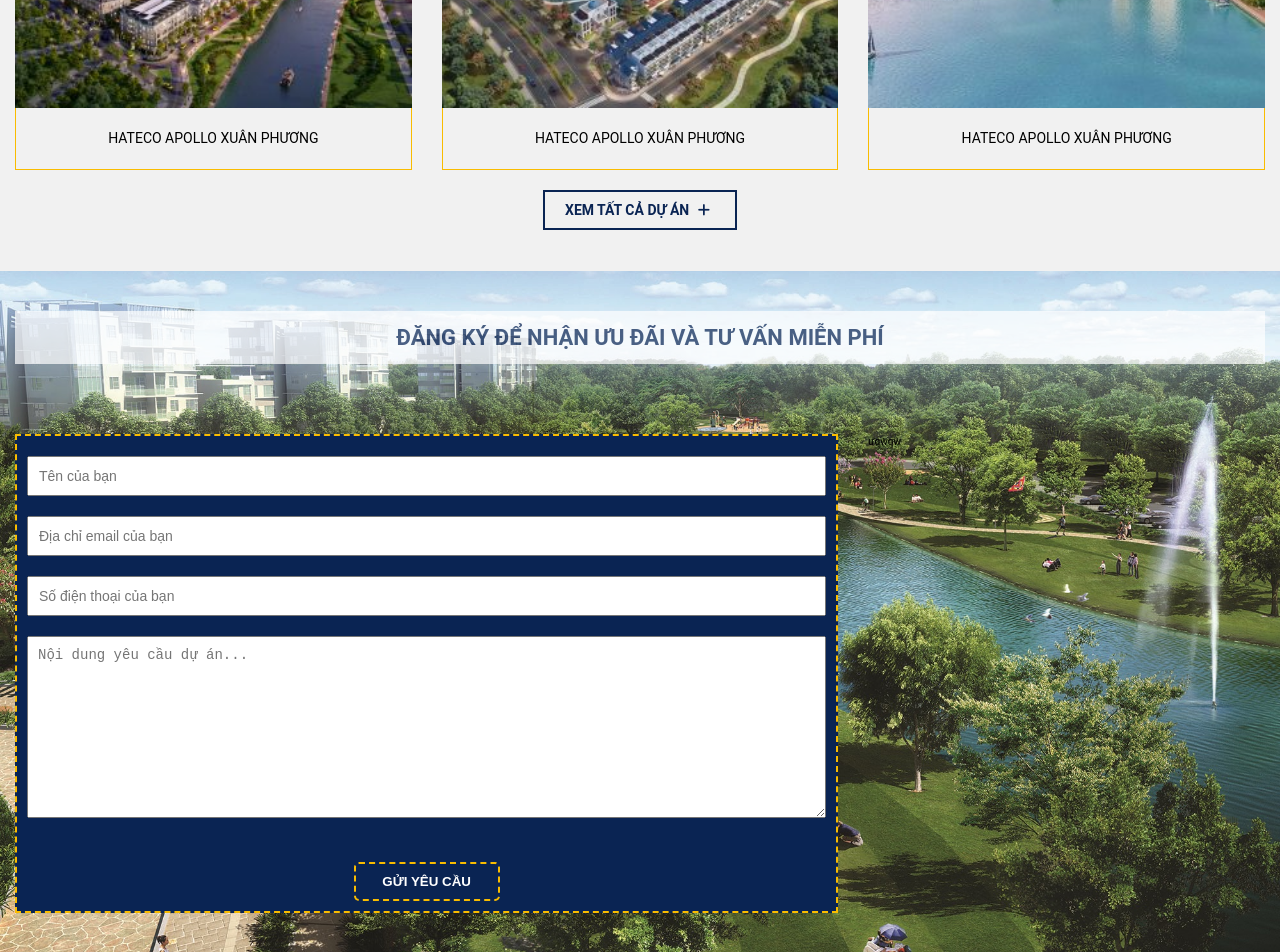
Repository: phamphuc2/fontend-bds
Page: index.html
An editor plug-in stored every save of this project. The page is shown before and after the next save, followed by the edit.
The browser window is 1280 px wide. The pictures show the part of the page from y = 1975 to 2927 px (the page is 3587 px tall).
A picture or video elsewhere on the page could not be fetched, so the positions and the page height are approximate. Backgrounds fixed to the window are drawn as part of the page. Some web libraries are served in a nearby version.

Above is the page before, as saved 2022-06-08 17:06:11.

### index.html
<!DOCTYPE html>
<html lang="en">

<head>
    <meta charset="UTF-8">
    <meta http-equiv="X-UA-Compatible" content="IE=edge">
    <meta name="viewport" content="width=device-width, initial-scale=1.0">
    <title>BDS</title>
    <!-- linl css -->
    <link rel="stylesheet" href="libs/slick/slick.css">
    <link rel="stylesheet" href="libs/slick/slick-theme.css">
    <link rel="stylesheet" href="./assets/css/bootstrap.css">
    <link rel="stylesheet" href="./assets/css/theme.css">
    <link rel="stylesheet " href="./style.css ">
    <!-- link thư viện -->
    <link rel="stylesheet " href="https://cdnjs.cloudflare.com/ajax/libs/font-awesome/6.1.1/css/all.min.css ">
    <!-- link font -->
    <link rel="preconnect" href="https://fonts.googleapis.com">
    <link rel="preconnect" href="https://fonts.gstatic.com" crossorigin>
    <link
        href="https://fonts.googleapis.com/css2?family=Roboto+Flex:opsz,wght@8..144,200;8..144,300;8..144,400;8..144,500;8..144,600;8..144,700;8..144,800;8..144,900&display=swap"
        rel="stylesheet">
</head>

<body>
    <!-- Header -->
    <header class="header">
        <div class="header-top">
            <div class="container">
                <div class="inner">
                    <div class="box-left">
                        <div class="map">
                            <i class="fa-solid fa-location-dot"></i>
                            <span>Phước sơn, Quảng Nam</span>
                        </div>
                        <div class="phone">
                            <i class="fa-solid fa-phone"></i>
                            <span>0397111570</span>
                        </div>
                    </div>
                    <div class="box-right">
                        <ul class="list-info">
                            <li class="item">
                                <a href="">
                                    <i class="fa-brands fa-facebook-f"></i>
                                </a>
                            </li>
                            <li class="item">
                                <a href="">
                                    <i class="fa-brands fa-instagram"></i>
                                </a>
                            </li>
                            <li class="item">
                                <a href="">
                                    <i class="fa-brands fa-twitter"></i>
                                </a>
                            </li>
                        </ul>
                    </div>
                </div>
            </div>
        </div>

        <div class="header-bottom">
            <div class="container">
                <div class="inner">
                    <div class="header-bottom-left">
                        <a href="">
                            <div class="logo">
                                <img src="./assets/images/logo.png" alt="">
                            </div>
                        </a>
                    </div>
                    <div class="header-bottom-right">
                        <ul class="menu">
                            <li>
                                <a href="./index.html">Trang chủ</a>
                            </li>
                            <li>
                                <a href="./about.html">Giới Thiệu</a>
                            </li>
                            <li>
                                <a href="./taxonomy.html">Dự Án</a>
                            </li>
                            <li>
                                <a href="./taxonomy.html">Tin Tức</a>
                            </li>
                            <li>
                                <a href="./blogs.html">Tuyển Dụng</a>
                            </li>
                            <li>
                                <a href="./contact.html">Liên hệ</a>
                            </li>
                        </ul>
                        <div class="btn-project">
                            <a href="">ĐĂNG KÝ DỰ ÁN</a>
                        </div>
                    </div>

                </div>
            </div>
        </div>
    </header>
    <!-- End header -->

    <!-- slide-home -->
    <section class="slide-home">
        <div class="box-slide">
            <div class="box-item">
                <div class="img-wrap">
                    <img src="/assets/images/slide-bg-1.jpg" alt="">
                </div>
                <div class="img-wrap">
                    <img src="./assets/images/slide-bg-2.jpg" alt="">
                </div>
                <div class="img-wrap">
                    <img src="./assets/images/slide-bg-3.jpg" alt="">
                </div>

            </div>
        </div>
        <div class="arrow">
            <a class="arrow-left">
                <i class="fa-solid fa-chevron-left icon-arrow-left"></i>
            </a>
            <a class="arrow-right">
                <i class="fa-solid fa-chevron-right icon-arrow-right"></i>
            </a>
        </div>
    </section>
    <!-- end slide-home -->

    <!-- section vinahome -->
    <section class="vinahome">
        <div class="container">
            <div class="row">
                <div class="col-12">
                    <div class="inner-top">
                        <h2 class="title">VINAHOMES</h2>
                        <div class="is-drive"></div>
                        <p class="desc">CUNG CẤP GIẢI PHÁP BẤT ĐỘNG SẢN TOÀN DIỆN CHO KHÁCH HÀNG</p>
                    </div>
                </div>
                <div class="col-lg-3">
                    <div class="item">
                        <div class="icon">
                            <img src="./assets/images/icon1.png" alt="">
                        </div>
                        <div class="content">
                            <h2 class="title">SẢN PHẨM ĐA DẠNG</h2>
                            <p class="desc">Khách hàng mua căn hộ giá gốc từ CĐT, thụ hưởng những chính sách bán hàng
                                mới nhất và ưu đãi nhất.</p>
                        </div>
                    </div>
                </div>
                <div class="col-lg-3">
                    <div class="item">
                        <div class="icon">
                            <img src="./assets/images/icon1.png" alt="">
                        </div>
                        <div class="content">
                            <h2 class="title">SẢN PHẨM ĐA DẠNG</h2>
                            <p class="desc">Khách hàng mua căn hộ giá gốc từ CĐT, thụ hưởng những chính sách bán hàng
                                mới nhất và ưu đãi nhất.</p>
                        </div>
                    </div>
                </div>
                <div class="col-lg-3">
                    <div class="item">
                        <div class="icon">
                            <img src="./assets/images/icon1.png" alt="">
                        </div>
                        <div class="content">
                            <h2 class="title">SẢN PHẨM ĐA DẠNG</h2>
                            <p class="desc">Khách hàng mua căn hộ giá gốc từ CĐT, thụ hưởng những chính sách bán hàng
                                mới nhất và ưu đãi nhất.</p>
                        </div>
                    </div>
                </div>
                <div class="col-lg-3">
                    <div class="item">
                        <div class="icon">
                            <img src="./assets/images/icon1.png" alt="">
                        </div>
                        <div class="content">
                            <h2 class="title">SẢN PHẨM ĐA DẠNG</h2>
                            <p class="desc">Khách hàng mua căn hộ giá gốc từ CĐT, thụ hưởng những chính sách bán hàng
                                mới nhất và ưu đãi nhất.</p>
                        </div>
                    </div>
                </div>
                <div class="col-12">
                    <div class="btn-learn-about">
                        <a href="">
                            TÌM HIỂU THÊM VỀ VINAHOME
                            <svg width="30" height="8" viewBox="0 0 30 8" fill="none"
                                xmlns="http://www.w3.org/2000/svg">
                                <path
                                    d="M29.3536 4.35355C29.5488 4.15829 29.5488 3.84171 29.3536 3.64645L26.1716 0.464466C25.9763 0.269204 25.6597 0.269204 25.4645 0.464466C25.2692 0.659728 25.2692 0.976311 25.4645 1.17157L28.2929 4L25.4645 6.82843C25.2692 7.02369 25.2692 7.34027 25.4645 7.53553C25.6597 7.7308 25.9763 7.7308 26.1716 7.53553L29.3536 4.35355ZM0 4.5H29V3.5H0V4.5Z"
                                    fill="#fff"></path>
                            </svg>
                        </a>

                    </div>
                </div>
            </div>
        </div>
    </section>
    <!-- end section vinahome -->

    <!-- section project -->
    <section class="project">
        <div class="container">
            <div class="row">
                <div class="col-12">
                    <div class="inner-top">
                        <h2 class="title">DỰ ÁN MỚI</h2>
                        <div class="is-drive"></div>
                        <p class="desc">Bạn đã lựa chọn được căn hộ riêng cho mình?</p>
                    </div>
                </div>
                <div class="col-lg-4 mg">
                    <a href="" class="item">
                        <div class="img-wrap">
                            <img src="./assets/images/project1.jpg" alt="">
                        </div>
                        <div class="item-content">
                            <p class="title">HATECO APOLLO XUÂN PHƯƠNG</p>
                        </div>
                    </a>
                </div>
                <div class="col-lg-4 mg">
                    <a href="" class="item">
                        <div class="img-wrap">
                            <img src="./assets/images/project2.jpg" alt="">
                        </div>
                        <div class="item-content">
                            <p class="title">HATECO APOLLO XUÂN PHƯƠNG</p>
                        </div>
                    </a>
                </div>
                <div class="col-lg-4 mg">
                    <a href="" class="item">
                        <div class="img-wrap">
                            <img src="./assets/images/project3.jpg" alt="">
                        </div>
                        <div class="item-content">
                            <p class="title">HATECO APOLLO XUÂN PHƯƠNG</p>
                        </div>
                    </a>
                </div>
                <div class="col-lg-4 mg">
                    <a href="" class="item">
                        <div class="img-wrap">
                            <img src="./assets/images/project4.jpg" alt="">
                        </div>
                        <div class="item-content">
                            <p class="title">HATECO APOLLO XUÂN PHƯƠNG</p>
                        </div>
                    </a>
                </div>
                <div class="col-lg-4 mg">
                    <a href="" class="item">
                        <div class="img-wrap">
                            <img src="./assets/images/project1.jpg" alt="">
                        </div>
                        <div class="item-content">
                            <p class="title">HATECO APOLLO XUÂN PHƯƠNG</p>
                        </div>
                    </a>
                </div>
                <div class="col-lg-4 mg">
                    <a href="" class="item">
                        <div class="img-wrap">
                            <img src="./assets/images/project2.jpg" alt="">
                        </div>
                        <div class="item-content">
                            <p class="title">HATECO APOLLO XUÂN PHƯƠNG</p>
                        </div>
                    </a>
                </div>
                <div class="col-12">
                    <div class="btn-project">
                        <a href="">
                            XEM TẤT CẢ DỰ ÁN
                            <i class="fa-solid fa-plus"></i>
                        </a>

                    </div>
                </div>
            </div>
        </div>
    </section>
    <!-- end section project -->

    <section class="contact-home">
        <div class="container">
            <div class="row">
                <div class="col-12">
                    <h2 class="title">ĐĂNG KÝ ĐỂ NHẬN ƯU ĐÃI VÀ TƯ VẤN MIỄN PHÍ</h2>

                </div>
            </div>
            <div class="row">
                <div class="col-lg-8">
                    <div class="form-contact-home">
                        <div role="form" class="wpcf7" id="wpcf7-f80-o1" lang="en-US" dir="ltr">
                            <form action="" class="wpcf7-form init">
                                <span class="wpcf7-form-control-wrap your-name"><input type="text" name="your-name"
                                        value="" size="40"
                                        class="wpcf7-form-control wpcf7-text wpcf7-validates-as-required"
                                        aria-required="true" aria-invalid="false" placeholder="Tên của bạn"></span>
                                <span class="wpcf7-form-control-wrap your-name"><input type="text" name="your-name"
                                        value="" size="40"
                                        class="wpcf7-form-control wpcf7-text wpcf7-validates-as-required"
                                        aria-required="true" aria-invalid="false" placeholder="Địa chỉ email của bạn"></span>
                                <span class="wpcf7-form-control-wrap your-name"><input type="text" name="your-name"
                                        value="" size="40"
                                        class="wpcf7-form-control wpcf7-text wpcf7-validates-as-required"
                                        aria-required="true" aria-invalid="false" placeholder="Số điện thoại của bạn"></span>
                                <span class="wpcf7-form-control-wrap your-title"><textarea name="your-title" cols="40"
                                        rows="10" class="wpcf7-form-control wpcf7-textarea wpcf7-validates-as-required"
                                        aria-required="true" aria-invalid="false"
                                        placeholder="Nội dung yêu cầu dự án..."></textarea></span>
                                <div class="btn-submit">
                                    <input type="submit" value="Gửi yêu cầu"
                                        class="wpcf7-form-control has-spinner wpcf7-submit"><span
                                        class="wpcf7-spinner"></span>
                                </div>
                                <div class="wpcf7-response-output" aria-hidden="true"></div>
                            </form>
                        </div>
                    </div>
                </div>
                <div class="col-lg-4">
                    ưqwqw
                </div>
            </div>
        </div>
    </section>
    <!-- footer -->
    <footer class="footer">
        <div class="footer-top">
            <div class="container">
                <div class="item">
                    <div class="title">ĐĂNG KÝ NHẬN THÔNG TIN</div>
                    <div class="from">
                        from đăng ký
                    </div>
                </div>
            </div>
        </div>
        <div class="footer-main">
            <div class="container">
                <div class="row">
                    <div class="col-md-6 col-lg-3">
                        <div class="footer-info">
                            <span class="title">THÔNG TIN LIÊN HỆ</span>
                            <ul class="box-info">
                                <li class="item">
                                    <i class="fa-solid fa-location-dot icon-footer"></i>
                                    <a href="" class="text">Phước Sơn, Quảng Nam</a>
                                </li>
                                <li class="item">
                                    <i class="fa-solid fa-phone icon-footer"></i>
                                    <a href="" class="text">0397111570</a>
                                </li>
                                <li class="item">
                                    <i class="fa-solid fa-envelope-open-text icon-footer"></i>
                                    <a href="" class="text">mac.convstar@gmail.com</a>
                                </li>
                                <li class="item">
                                    <i class="fa-brands fa-skype icon-footer"></i>
                                    <a href="" class="text">phamphuc</a>
                                </li>
                            </ul>
                        </div>
                    </div>
                    <div class="col-md-6 col-lg-3">
                        <div class="box-link">
                            <span class="title">LIÊN KẾT</span>
                            <ul class="item-link">
                                <li class="item">
                                    <a href="">Giới thiệu</a>
                                </li>
                                <li class="item">
                                    <a href="">Đồng hồ nam</a>
                                </li>
                                <li class="item">
                                    <a href="">Đồng hồ nữ</a>
                                </li>
                                <li class="item">
                                    <a href="">Blogs</a>
                                </li>
                                <li class="item">
                                    <a href="">Liên hệ</a>
                                </li>
                            </ul>
                        </div>
                    </div>
                    <div class="col-md-6 col-lg-3">
                        <div class="box-link">
                            <span class="title">HỖ TRỢ KHÁCH HÀNG</span>
                            <ul class="item-link">
                                <li class="item">
                                    <a href="">Hướng dẫn mua hàng</a>
                                </li>
                                <li class="item">
                                    <a href="">Hướng dẫn thanh toán</a>
                                </li>
                                <li class="item">
                                    <a href="">Chính sách bảo hành</a>
                                </li>
                                <li class="item">
                                    <a href="">Chính sách đổi trả</a>
                                </li>
                                <li class="item">
                                    <a href="">Tư vấn khách hàng</a>
                                </li>
                            </ul>
                        </div>
                    </div>
                    <div class="col-md-6 col-lg-3">
                        <div class="footer-social">
                            <span class="title">PP STORE ON SOCIAL</span>
                            <ul class="box-social">
                                <li class="item-social">
                                    <a href="">
                                        <i class="fa-brands fa-facebook-f icon-social"></i>
                                    </a>
                                </li>
                                <li class="item-social">
                                    <a href="">
                                        <i class="fa-brands fa-instagram icon-social"></i>
                                    </a>
                                </li>
                                <li class="item-social">
                                    <a href="">
                                        <i class="fa-brands fa-twitter icon-social"></i>
                                    </a>
                                </li>
                                <li class="item-social">
                                    <a href="">
                                        <i class="fa-solid fa-rss icon-social"></i>
                                    </a>
                                </li>
                                <li class="item-social">
                                    <a href="">
                                        <i class="fa-brands fa-linkedin-in icon-social"></i>
                                    </a>
                                </li>
                            </ul>
                            <span class="title">CHỨNG NHẬN PP STORE</span>
                            <div class="footer-vn_registered">
                                <img src="./assets/images/chungnhan.png" alt="">
                            </div>
                        </div>
                    </div>
                </div>
            </div>
        </div>
        <div class="footer-bottom">
            <div class="container">
                <div class="copy-right">© Bản quyền thuộc về . Thiết kế website PP Store </div>
            </div>
        </div>
    </footer>
    <!-- footer -->








    <script src="./assets/js/jquery.min.js"></script>
    <script src="libs/slick/slick.min.js"></script>
    <script src="./assets/js/theme.js"></script>
</body>

</html>

Loaded but not shown: libs/slick/slick.css (common file); libs/slick/slick-theme.css (library); assets/css/bootstrap.css (library); assets/js/jquery.min.js (library); libs/slick/slick.min.js (library); assets/js/theme.js (88 lines, source omitted); assets/css/theme.css (515 lines, source omitted); style.css (178 lines, source omitted)

After the next save:
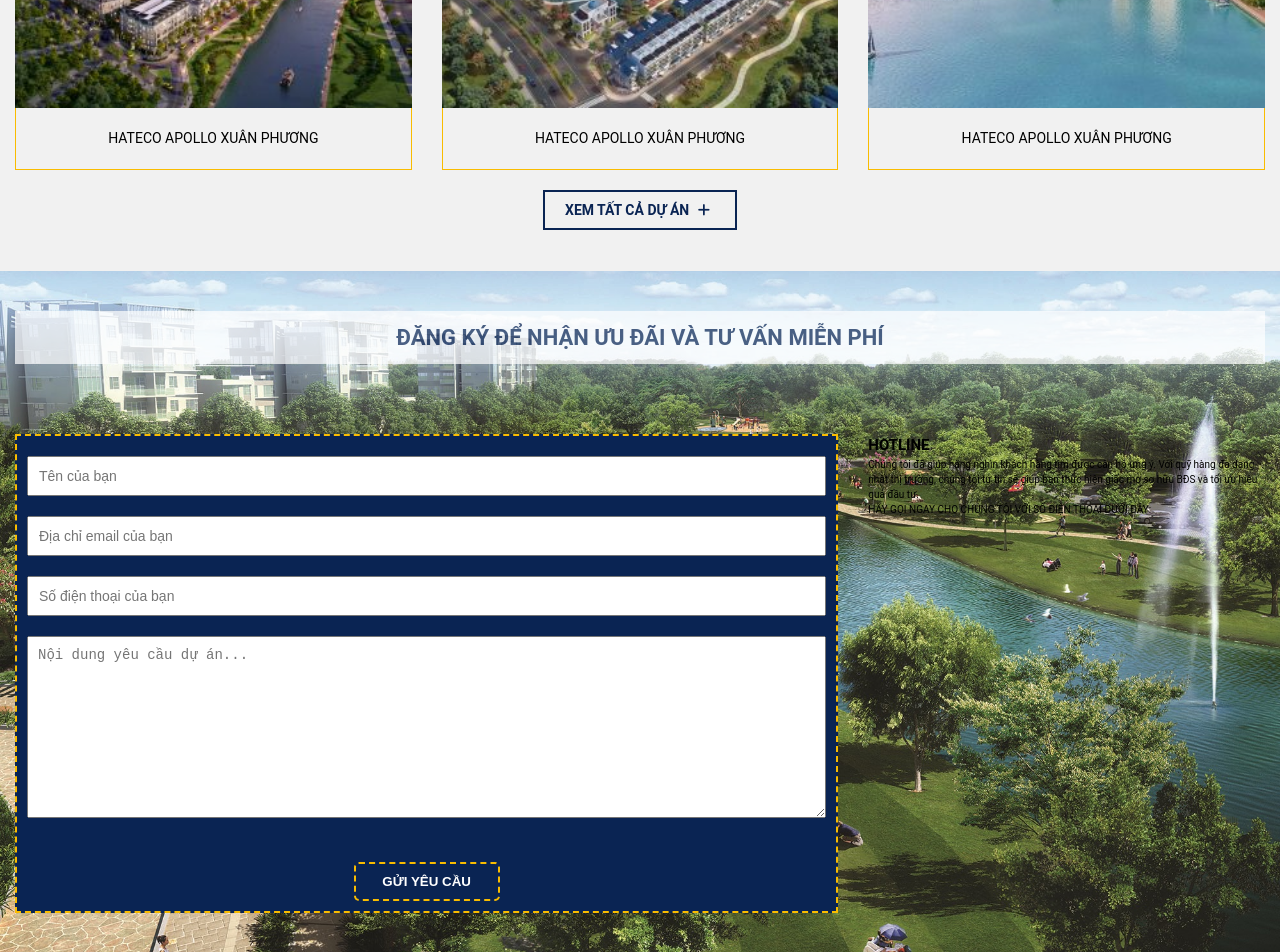
Saved 105 s later.
--- a/index.html
+++ b/index.html
@@ -333,7 +333,11 @@
                     </div>
                 </div>
                 <div class="col-lg-4">
-                    ưqwqw
+                  <div class="box-content">
+                      <h2 class="h-title">HOTLINE</h2>
+                      <p class="desc">Chúng tôi đã giúp hàng nghìn khách hàng tìm được căn hộ ưng ý. Với quỹ hàng đa dạng nhất thị trường, chúng tôi tự tin sẽ giúp bạn thực hiện giấc mơ sơ hữu BĐS và tối ưu hiệu quả đầu tư.</p>
+                      <p class="h-desc">HÃY GỌI NGAY CHO CHÚNG TÔI VỚI SỐ ĐIỆN THOẠI DƯỚI ĐÂY:</p>
+                  </div>
                 </div>
             </div>
         </div>
